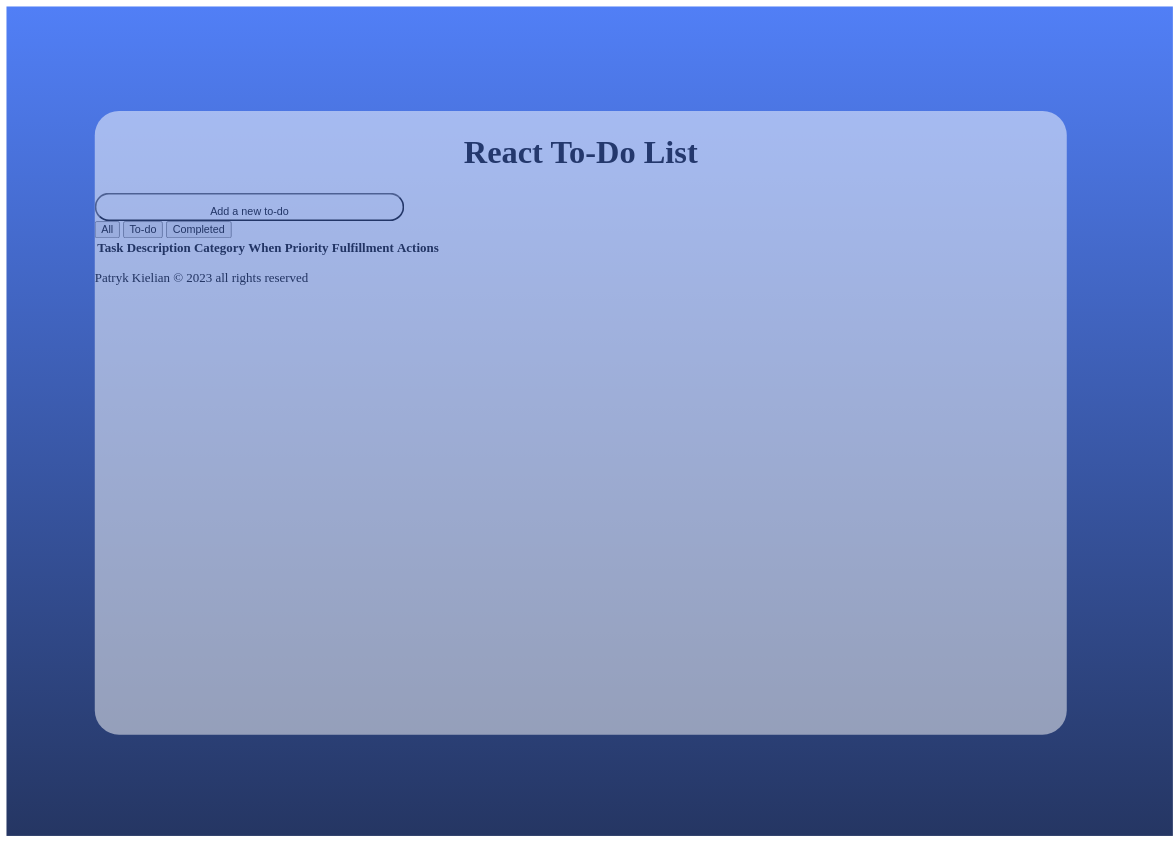
Repository: mirajane2/maquette-todo
Page: index.html
An editor plug-in stored every save of this project. The page is shown before and after the next save, followed by the edit.
The browser window is 1280 px wide. The page is 1448 px wide, so the pictures cover 1448 px, including what lies to the right of the window. The pictures show the whole page, at 81% of full size.

Above is the page before, as saved 2024-11-13 09:14:48.

After the next save:
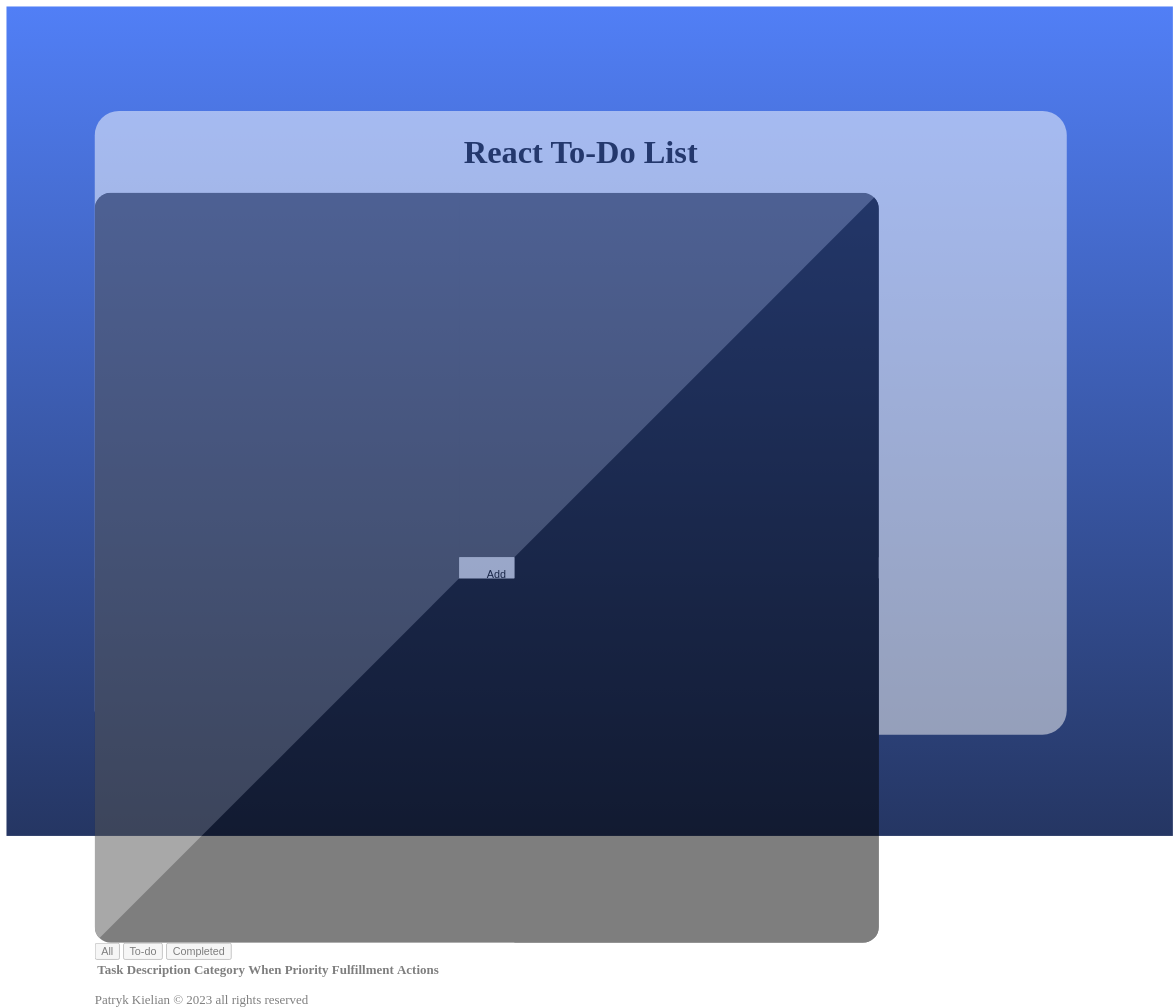
Saved 108 s later.
--- a/index.css
+++ b/index.css
@@ -31,4 +31,6 @@
     width: 382px;
     height: 35px;
     padding : 13px 34px ;
+    border-width: 450px;
+
 }

After the save that followed:
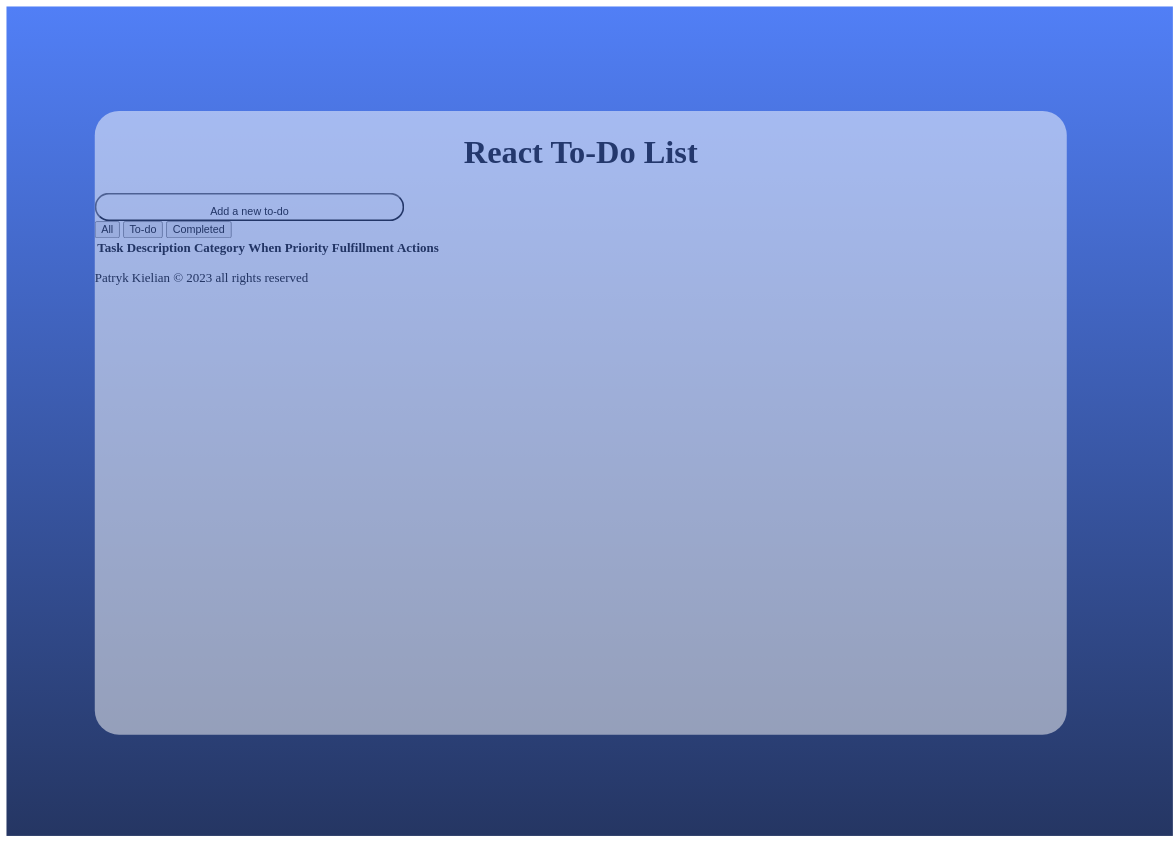
Saved 11 s later.
--- a/index.css
+++ b/index.css
@@ -31,6 +31,5 @@
     width: 382px;
     height: 35px;
     padding : 13px 34px ;
-    border-width: 450px;
 
 }
